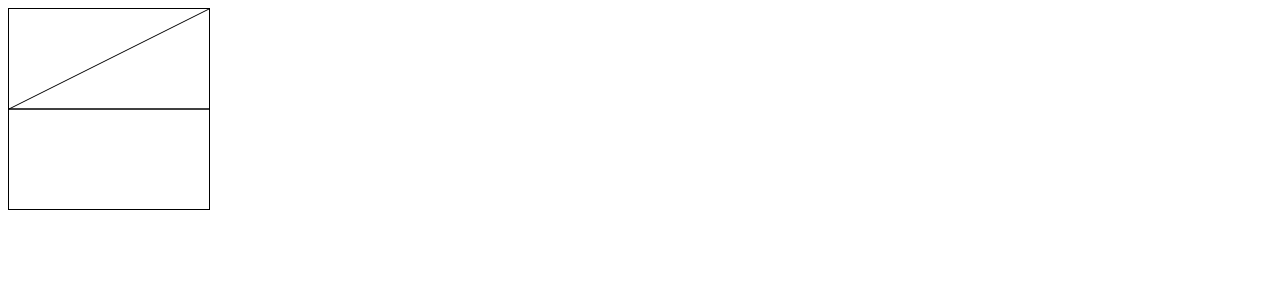
Repository: Tan-Khang21/TH_TKW--Buoi_05
Page: Bai_Tap_Mau/Bai_02/Canvas2.html
The author's editor kept a copy of each file at every save. The page is drawn from the files as they stood at one save, then again after the next save.
The browser window is 1280 px wide. The pictures show the whole page.

Above is the page before, as saved 2024-03-10 19:47:41.

After the next save:
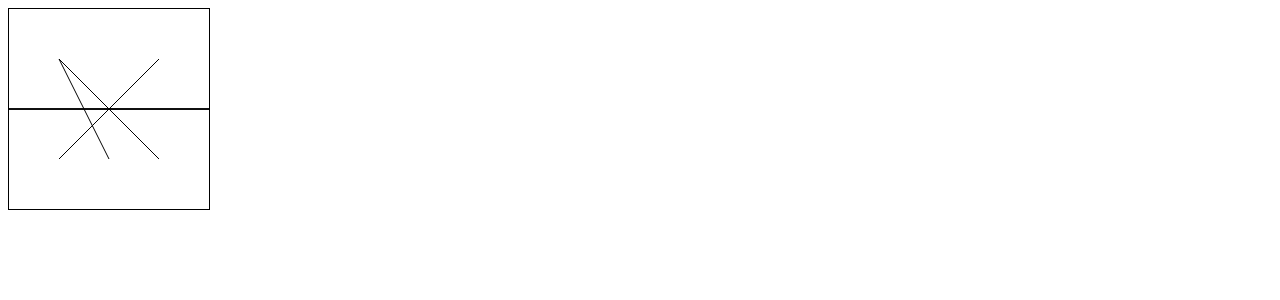
Saved 2 min 35 s later.
--- a/Bai_Tap_Mau/Bai_02/Canvas2.html
+++ b/Bai_Tap_Mau/Bai_02/Canvas2.html
@@ -18,8 +18,14 @@
       ctx.moveTo(0, 100);
       ctx.lineTo(200, 100);
       ctx.stroke();
-      ctx.moveTo(0, 100);
-      ctx.lineTo(200, 0);
+      ctx.moveTo(50, 150);
+      ctx.lineTo(150, 50);
+      ctx.stroke();
+      ctx.moveTo(50, 50);
+      ctx.lineTo(150, 150);
+      ctx.stroke();
+      ctx.moveTo(50, 50);
+      ctx.lineTo(100, 150);
       ctx.stroke();
     </script>
   </body>
